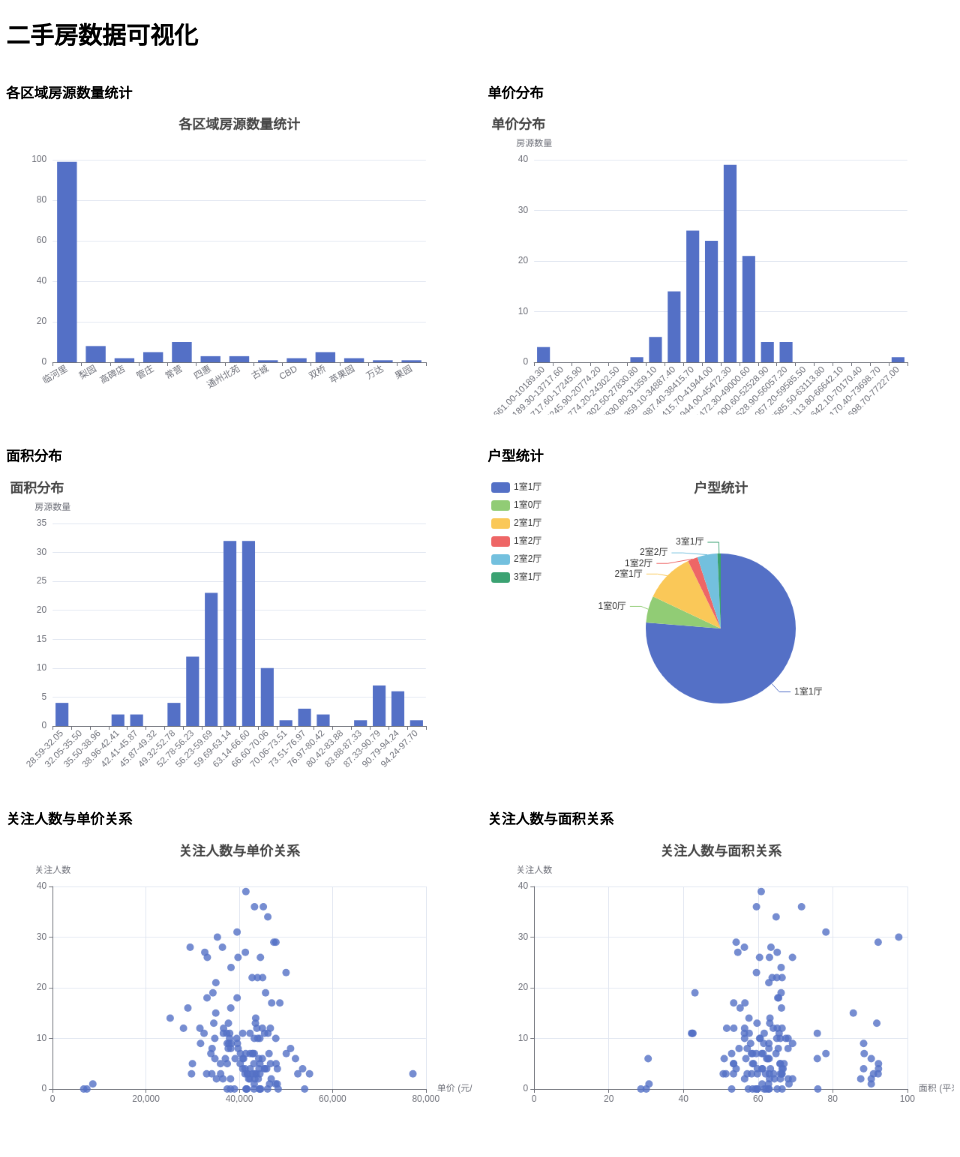
Repository: sakimi-9/DPV-SHP_BeiJing
Page: / (app in py_crawler/rendering/)
These files come from the project's save history. The page is drawn as it stood at one moment and after the next save; the edit follows.
The browser window is 1280 px wide. The pictures show the whole page, at 75% of full size.
The project was rebuilt for these pictures with package versions that can differ from the ones it lists, and the page was loaded fresh each time. Also part of the build but not shown: py_crawler/rendering/vite.config.ts.

Above is the page before, as saved 2025-05-22 15:55:29.

After the next save:
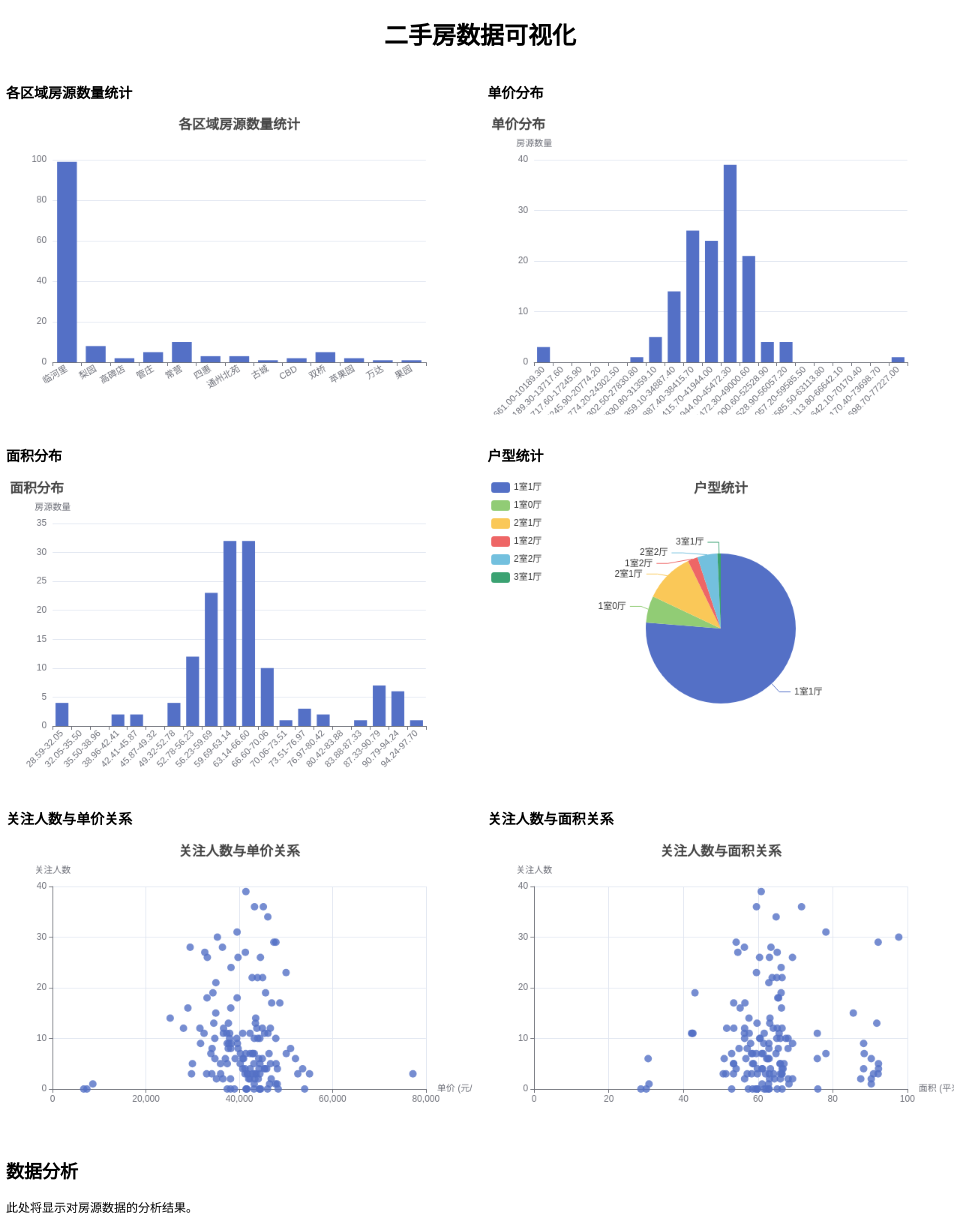
Saved 2 min 37 s later.
--- a/py_crawler/rendering/src/App.vue
+++ b/py_crawler/rendering/src/App.vue
@@ -1,12 +1,19 @@
 <template>
   <div>
-    <h1>二手房数据可视化</h1>
+    <h1 style="text-align: center;">二手房数据可视化</h1>
 
     <!-- 模式切换 UI -->
 
 
     <!-- 2D 图表区域 -->
     <TwoDCharts v-if="currentMode === '2D'" :house-data="houseData" />
+
+    <!-- 数据分析区域 -->
+    <div class="data-analysis-container">
+      <h2>数据分析</h2>
+      <p>此处将显示对房源数据的分析结果。</p>
+      <!-- TODO: Add actual data analysis content here -->
+    </div>
   </div>
 </template>
 
